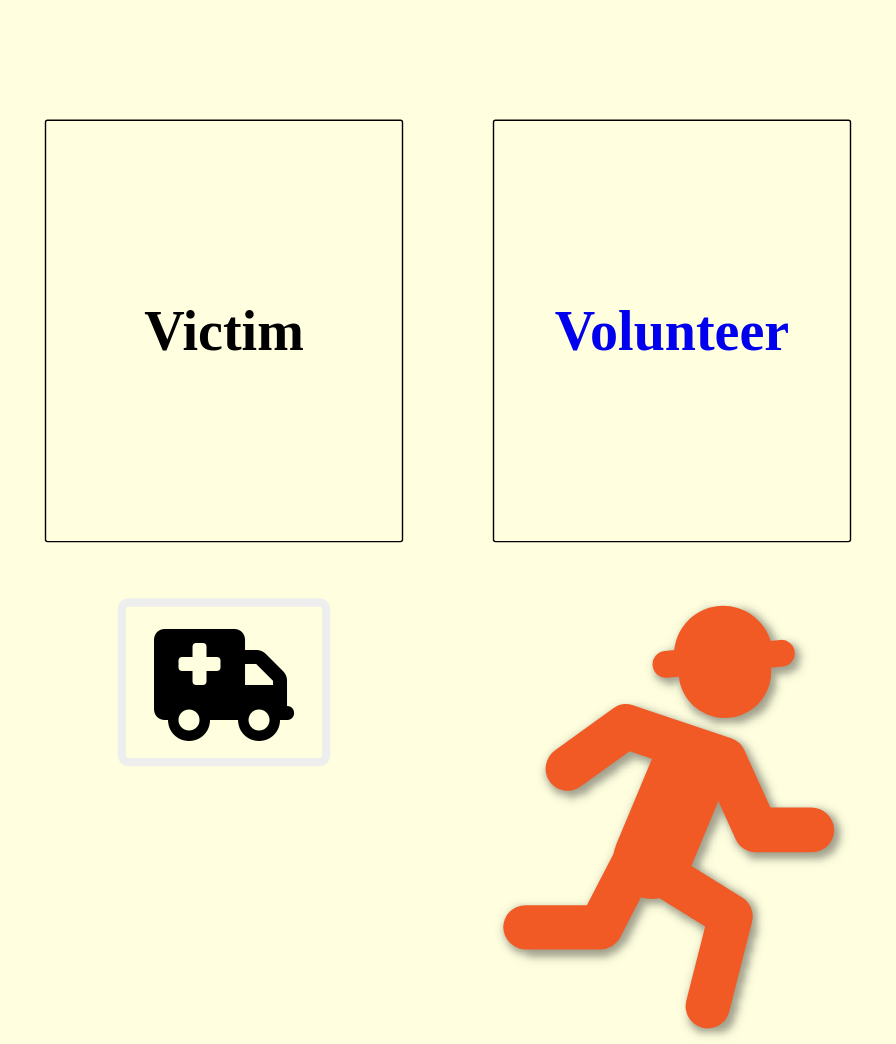
Repository: KittichoteKamalapirat/EMS-management-system
Page: index.html
The author's editor kept a record of every edit. The page is drawn from the files as they stood at one moment, then again after the next edit.
The browser window is 1280 px wide. The pictures show the part of the page from y = 804 to 2724 px (the page is 2295 px tall before and 2724 px after), at 70% of full size.
Some web libraries are served in a nearby version.

Above is the page before.
Console error: ReferenceError: $ is not defined

After the next edit:
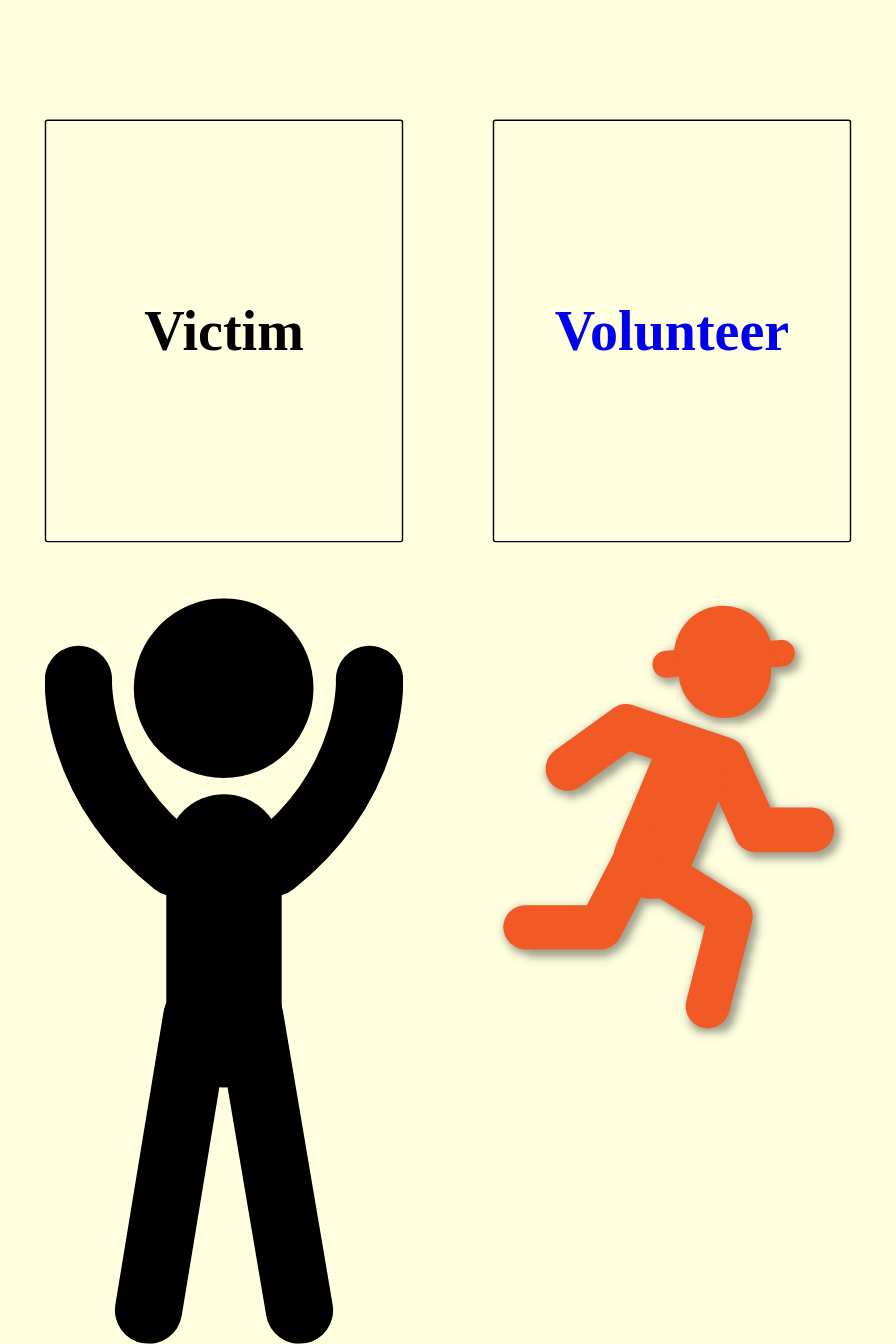
The edit:
--- a/index.html
+++ b/index.html
@@ -24,7 +24,7 @@
     <div class = "splet-boxes">
     <div class="left-box">
         <p>Victim</p>
-        <i class="fa fa-ambulance fa-2x fa-border"></i>
+        <img class='people' src="/images/victim.svg"></img>
     </div>
 
     <a href="/skills"><div class="right-box">
